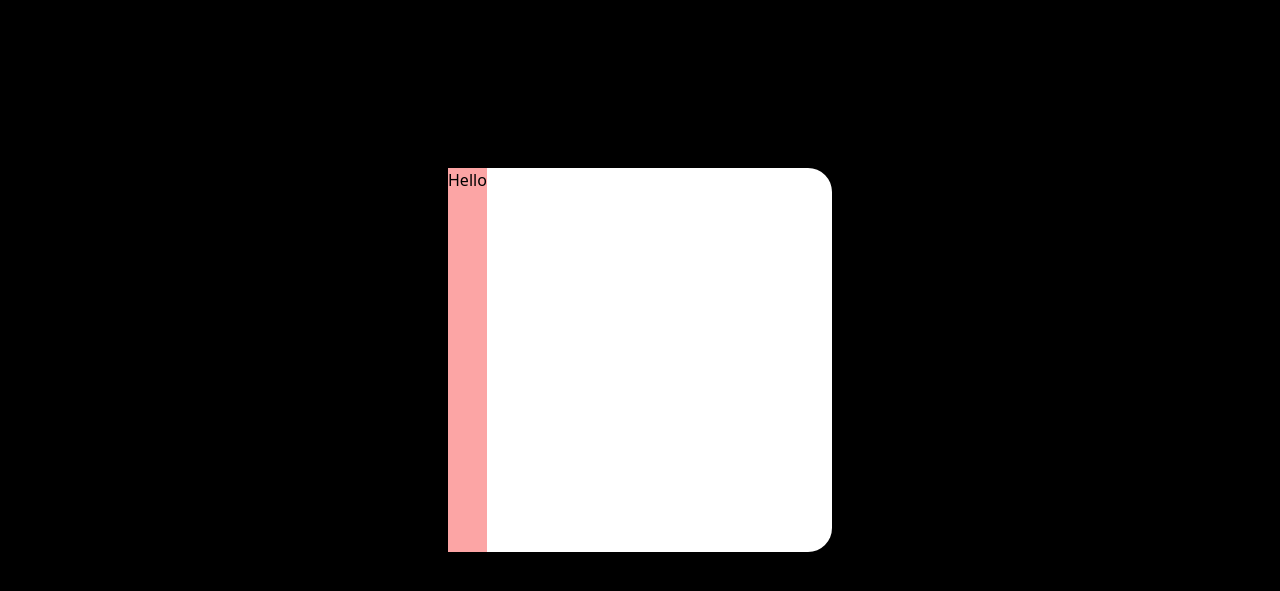
Repository: BerlinWebDev/FrontendMaster_PreviewMentor
Page: /
An editor plug-in stored every save of this project. The page is shown before and after the next save, followed by the edit.
The browser window is 1280 px wide. The pictures show the whole page.
The project was rebuilt for these pictures with package versions that can differ from the ones it lists, and the page was loaded fresh each time.

Above is the page before, as saved 2023-11-11 01:12:24.

After the next save:
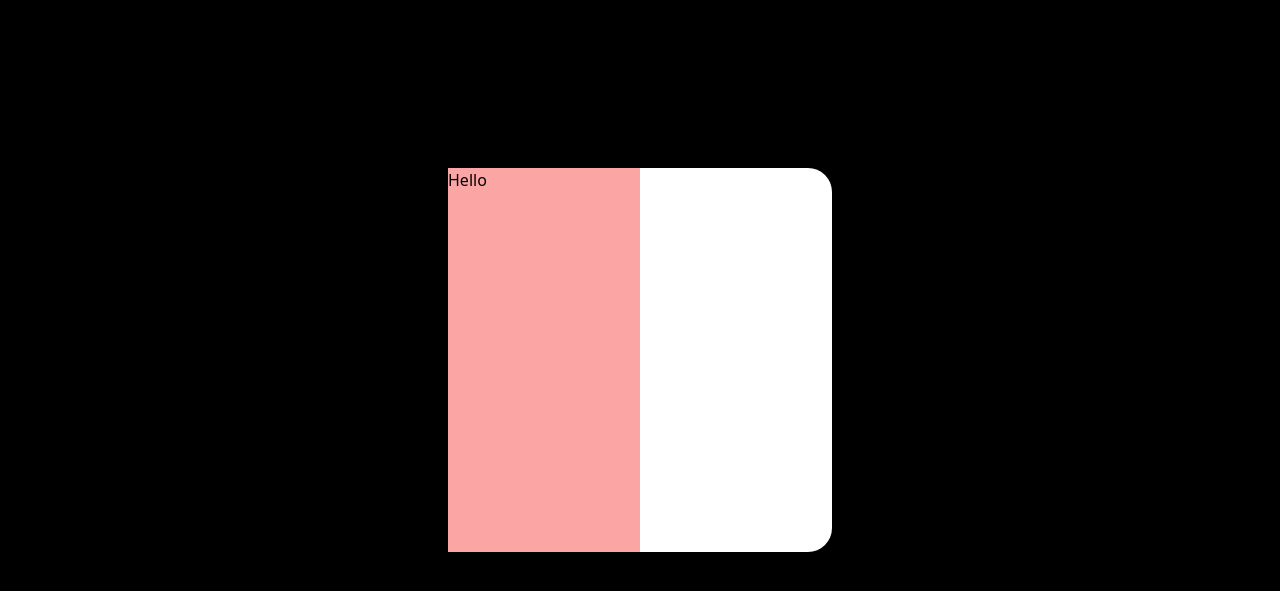
Saved 33 s later.
--- a/src/App.js
+++ b/src/App.js
@@ -8,7 +8,7 @@ function App() {
       </header>
       <main className="flex min-h-screen flex-col items-center justify-center bg-black">
         <div className="flex h-96 w-96 rounded-3xl bg-white">
-          <aside className="bg-red-300">Hello</aside>
+          <aside className="w-1/2 bg-red-300">Hello</aside>
         </div>
       </main>
     </>
